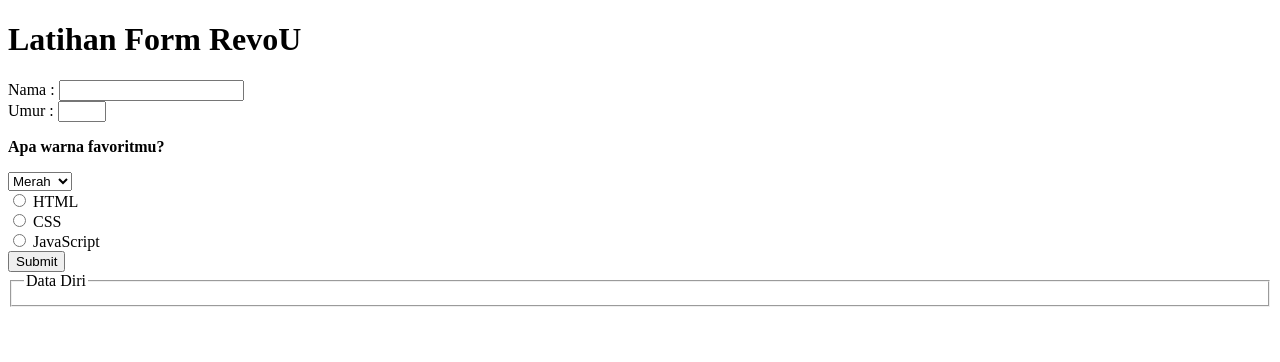
Repository: esramrsln/day2_RevoU
Page: form.html
The author's editor kept a copy of each file at every save. The page is drawn from the files as they stood at one save, then again after a run of saves.
The browser window is 1280 px wide. The pictures show the whole page.

Above is the page before, as saved 2024-07-23 21:40:43.

After the next 2 saves:
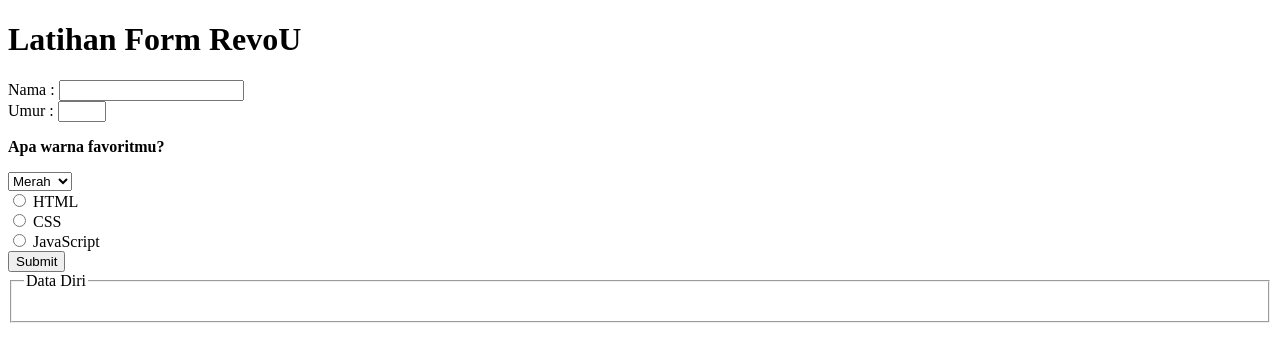
The 2 saves are shown as one change because they came seconds apart.
The last was saved 7 s later.
--- a/form.html
+++ b/form.html
@@ -36,6 +36,7 @@
 
     <fieldset>
         <legend>Data Diri</legend>
+        <p></p>
     </fieldset>
 </body>
 </html>
